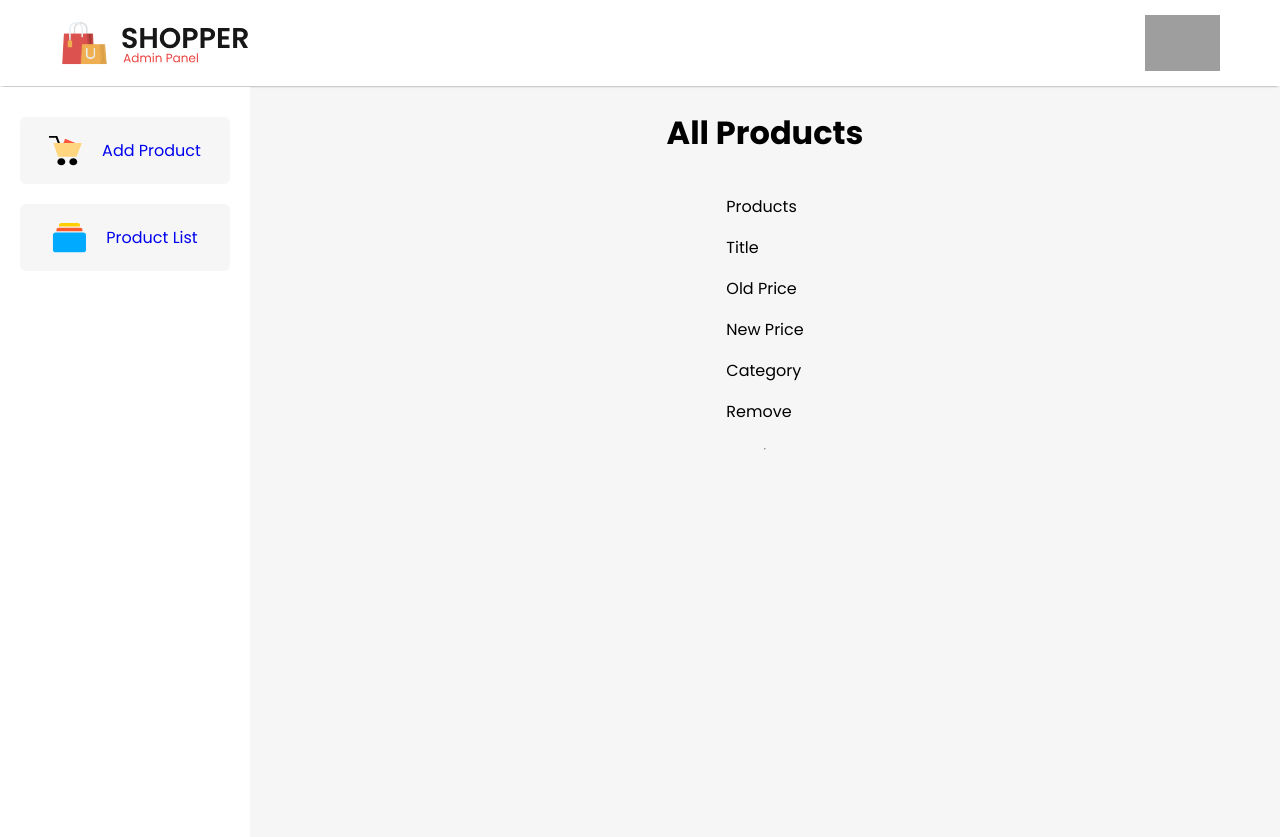
Repository: AiTrinh303/Simple-Shop
Page: /listproduct (app in admin/)
An editor plug-in stored every save of this project. The page is shown before and after a run of saves, followed by the edit.
The browser window is 1280 px wide. The pictures show the whole page.
Pictures or frames that could not be fetched are drawn as grey boxes. The page's requests for data from a server got no answer. The project was rebuilt for these pictures with package versions that can differ from the ones it lists, and the page was loaded fresh each time. No one was signed in, and anything a server would have sent is missing. Also part of the build but not shown: admin/vite.config.js, admin/src/Components/AddProduct/AddProduct.css, admin/src/Components/AddProduct/AddProduct.jsx.

Above is the page before, as saved 2024-07-05 22:19:51.

### admin/index.html
<!doctype html>
<html lang="en">
  <head>
    <meta charset="UTF-8" />
    <link rel="icon" type="image/svg+xml" href="/vite.svg" />
    <meta name="viewport" content="width=device-width, initial-scale=1.0" />
    <link rel="preconnect" href="https://fonts.googleapis.com">
    <link rel="preconnect" href="https://fonts.gstatic.com" crossorigin>
    <link href="https://fonts.googleapis.com/css2?family=Poppins:ital,wght@0,100;0,200;0,300;0,400;0,500;0,600;0,700;0,800;0,900;1,100;1,200;1,300;1,400;1,500;1,600;1,700;1,800;1,900&display=swap" rel="stylesheet">
    <title>Admin Page</title>
  </head>
  <body>
    <div id="root"></div>
    <script type="module" src="/src/main.jsx"></script>
  </body>
</html>

### admin/src/main.jsx
import React from 'react'
import ReactDOM from 'react-dom/client'
import App from './App.jsx'
import './index.css'
import {BrowserRouter as Router} from 'react-router-dom'

ReactDOM.createRoot(document.getElementById('root')).render(
  <React.StrictMode>
    <Router>
        <App />
    </Router>
  </React.StrictMode>,
)

### admin/src/App.jsx
import Navbar from "./Components/Navbar/Navbar"
import Admin from "./Pages/Admin/Admin"



function App() {


  return (
    <div>
      <Navbar />
      <Admin />
    </div>
  )
}

export default App

### admin/src/index.css
body{
  margin: 0;
  font-family: 'Poppins';
  background-color: #f6f6f6;
  height: 100vh;
}

### admin/src/Components/Navbar/Navbar.jsx

import './Navbar.css'
import navlogo from '../../assets/nav-logo.svg'
import navProfile from '../../assets/nav-profile.svg'

const Navbar = () => {
  return (
    <div className='navbar'>
      <img src={navlogo} alt="logo" className="nav-logo" />
      <img src={navProfile} alt="" className="nav-profile"/>
    </div>
  )
}

export default Navbar

### admin/src/Pages/Admin/Admin.jsx

import './Admin.css'
import Sidebar from '../../Components/Sidebar/Sidebar'
import {Routes, Route} from 'react-router-dom'
import AddProduct from '../../Components/AddProduct/AddProduct'
import ListProduct from '../../Components/ListProduct/ListProduct'

const Admin = () => {
  return (
    <div className='admin'>
      <Sidebar />
      <Routes>
        <Route path='/addproduct' element={<AddProduct />} />
        <Route path='/listproduct' element={<ListProduct />} />
      </Routes>
    </div>
  )
}

export default Admin

### admin/src/Components/Navbar/Navbar.css
.navbar{
    display: flex;
    align-items: center;
    justify-content: space-between;
    padding: 15px 60px;
    box-shadow: 0 1px 3px -2px #000;
    margin-bottom: 1px;
    background: white;

}
.nav-logo {
    width:200px;
}

.nav-profile{
    width: 75px;
}

@media(max-width: 800px){
    .navbar{
        padding: 15px 30px;
    }
    .nav-logo {
        width:150px;
    }
    .nav-profile{
        width: 60px;
    }
}

### admin/src/Pages/Admin/Admin.css
.admin {
    display: flex;
}

@media (max-width: 800px) {
    .admin {
        flex-direction: column;
    }
}

### admin/src/Components/Sidebar/Sidebar.jsx

import './Sidebar.css'
import { Link } from 'react-router-dom'
import add_product_icon from '../../assets/Product_Cart.svg'
import list_product_icon from '../../assets/Product_list_icon.svg'

const Sidebar = () => {
  return (
    <div className='sidebar'>
      <Link to={'/addproduct'} style = {{textDecoration: "none"}}>
        <div className='sidebarItem'>
            <img src={add_product_icon} alt="" />
            <p>Add Product</p>
        </div>
      </Link>

      <Link to={'/listproduct'} style = {{textDecoration: "none"}}>
        <div className='sidebarItem'>
            <img src={list_product_icon} alt="" />
            <p>Product List</p>
        </div>
      </Link>
    </div>
  )
}

export default Sidebar

### admin/src/Components/ListProduct/ListProduct.jsx
import React, {useEffect, useState} from 'react'
import './ListProduct.css'
import cross_icon from '../../assets/cross_icon.png'

const ListProduct = () => {

  const [allproducts, setAllProducts] = useState([])

  const fetchInfo = async () => {
    await fetch('http://localhost:4000/allproducts')
    .then(response => response.json())
    .then(data => {setAllProducts(data)})
  }

  useEffect(() => {
    fetchInfo()
  }, [])

  return (
    <div className='list-product'>
      <h1>All Products</h1>
      <div className="listproduct-format-main">
        <p>Products</p>
        <p>Title</p>
        <p>Old Price</p>
        <p>New Price</p>
        <p>Category</p>
        <p>Remove</p>
      </div>
      <div className="listproduct-allproducts">
        <hr />
        {allproducts.map((product, index) => {
          return (
            <div className="listproduct-format-main listproduct-format" key={index}>
              <img src={product.image} alt="product" />
              <p>{product.name}</p>
              <p>${product.old_price}</p>
              <p>${product.new_price}</p>
              <p>{product.category}</p>
              <img className='listproduct-remove-icon' src={cross_icon} alt="cross" />
            </div>
          )
        })}
      </div>
    </div>
  )
}

export default ListProduct

### admin/src/Components/Sidebar/Sidebar.css
.sidebar{
    display: flex;
    flex-direction: column;
    padding-top: 30px;
    gap: 20px;
    width: 100%;
    max-width: 250px;
    height: 100vh;
    background: white;
}

.sidebarItem{
    display: flex;
    align-items: center;
    justify-content: center;
    margin: 0 20px;
    padding: 5px 10px;
    border-radius: 6px;
    cursor: pointer;
    background: #f6f6f6;
    gap: 20px;
}

@media(max-width: 800px){
    .sidebar{
        padding: 30px 0px;
        flex-direction: row;
        width: 100%;
        height: auto;
        max-width: none;
        justify-content: center;
    }
    .sidebarItem{
        margin: 0;
    }
}

### admin/src/Components/ListProduct/ListProduct.css
.list-product {
    display: flex;
    flex-direction: column;
    align-items: center;
    width: 100%;
    height: 740px;
    pa
}

After the next 4 saves:
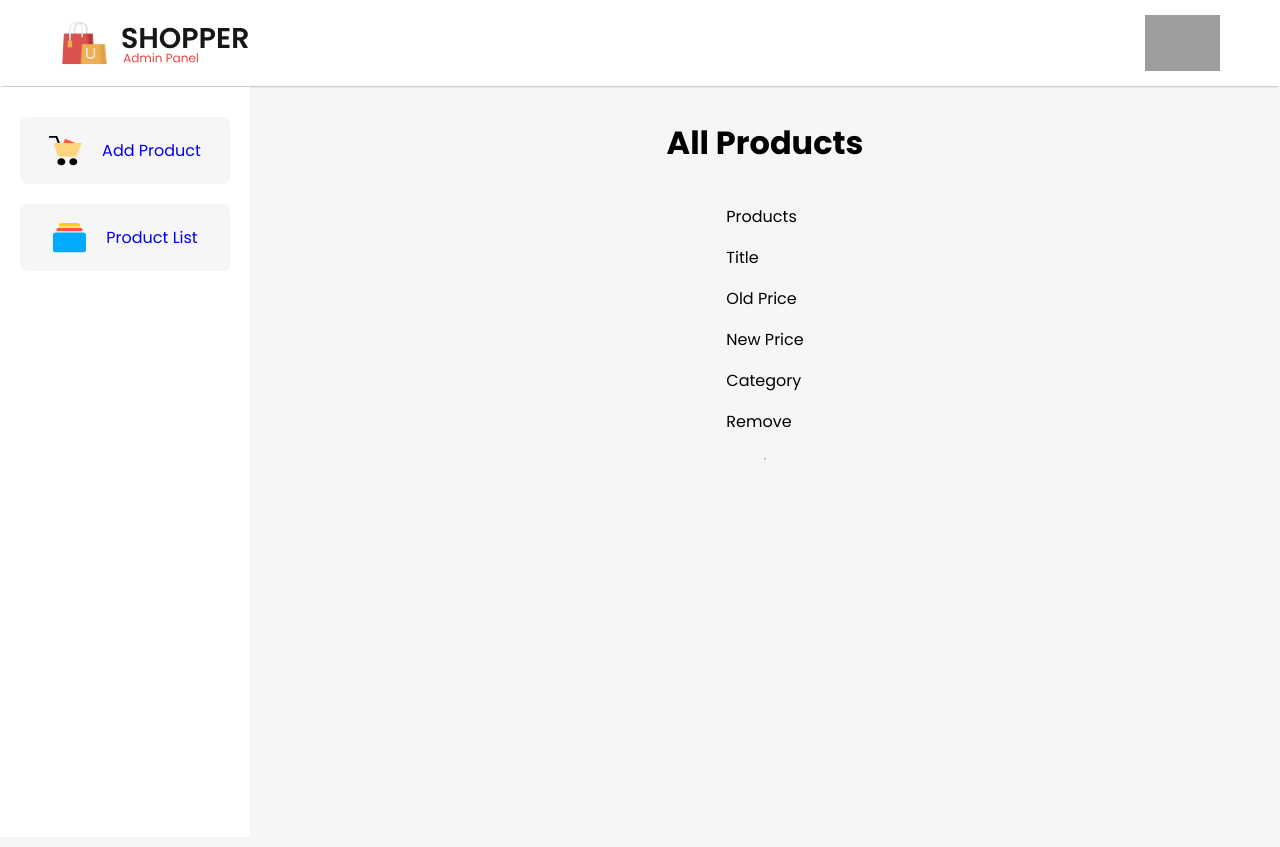
The 4 saves are shown as one change because they came seconds apart.
The last was saved 12 s later.
--- a/admin/src/Components/ListProduct/ListProduct.css
+++ b/admin/src/Components/ListProduct/ListProduct.css
@@ -4,5 +4,5 @@
     align-items: center;
     width: 100%;
     height: 740px;
-    pa
+    padding: 10px 50px;
 }
